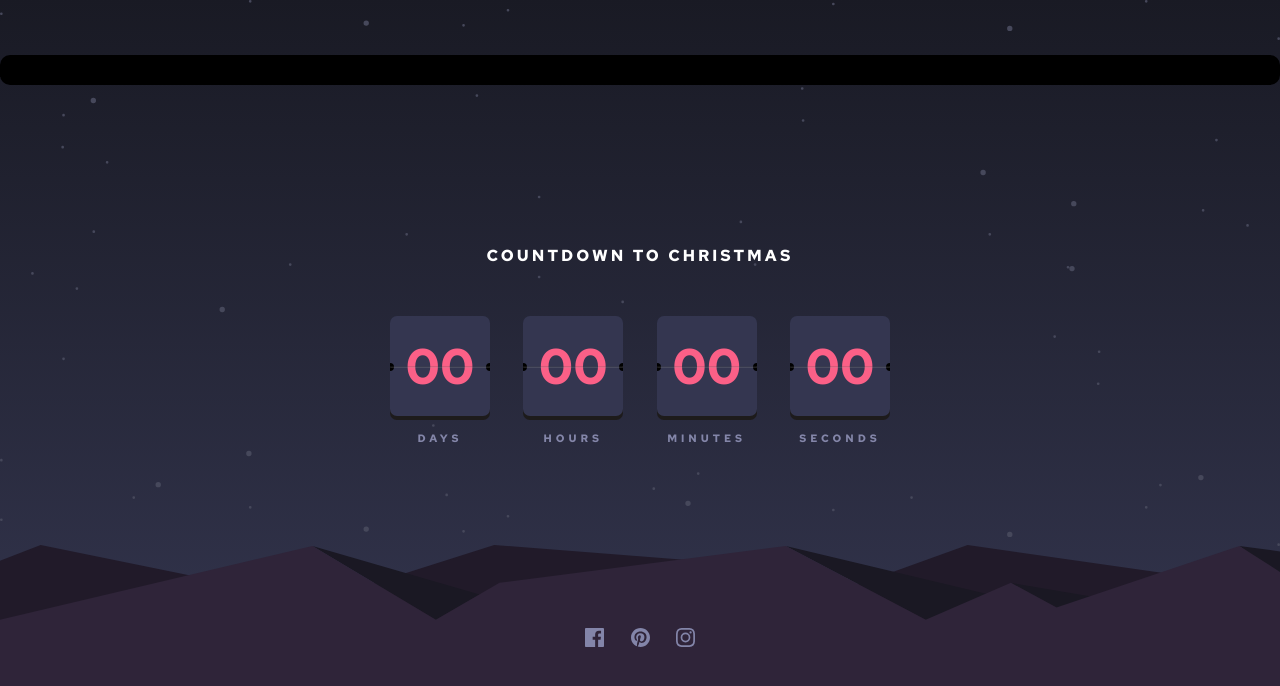
Repository: Eugene44-hub/countdown
Page: index.html
The author's editor kept a copy of each file at every save. The page is drawn from the files as they stood at one save, then again after the next save.
The browser window is 1280 px wide. The pictures show the whole page.

Above is the page before, as saved 2021-09-13 02:37:27.

### index.html
<!DOCTYPE html>
<html lang="en">

<head>
    <meta charset="UTF-8">
    <meta http-equiv="X-UA-Compatible" content="IE=edge">
    <meta name="viewport" content="width=device-width, initial-scale=1.0">
    <title>Document</title>
    <link rel="stylesheet" href="style.css">
</head>

<body>
    <div class="container">
        <div class="box col10">
            <div class="circle"></div>
        </div>

        <div class="timer">
            <h4 class="col10">countdown to christmas</h4>
            <div>
                <div class="card">
                    <div class="circle"></div>
                    <div class="circle circle2"></div>
                    <p id="days">00</p>
                    <hr>
                </div>
                <h6>days</h6>
            </div>
            <div>
                <div class="card">
                    <div class="circle"></div>
                    <div class="circle circle2"></div>
                    <p id="hours">00</p>
                    <hr>
                </div>
                <h6>hours</h6>
            </div>
            <div>
                <div class="card">
                    <div class="circle"></div>
                    <div class="circle circle2"></div>
                    <p id="minutes">00</p>
                    <hr>
                </div>
                <h6>minutes</h6>
            </div>
            <div>
                <div class="card">
                    <div class="circle"></div>
                    <div class="circle circle2"></div>
                    <p id="seconds">00</p>
                    <hr>
                </div>
                <h6>seconds</h6>
            </div>

        </div>
        <footer>
            <div class="social-media" id="facebook">
                <a href=""><img src="images/icon-facebook.svg"></a>
            </div>
            <div class="social-media" id="pinterest">
                <a href="">
                    <img src="images/icon-pinterest.svg">
                </a>
            </div>
            <div class="social-media" id="instagram">
                <a href="">
                    <img src="images/icon-instagram.svg">
                </a>
            </div>



        </footer>
    </div>

    <script src="app.js"></script>

</body>

</html>

</html>

### style.css
    @import url('https://fonts.googleapis.com/css2?family=Red+Hat+Text:wght@700&display=swap');
    * {
        padding: 0;
        margin: 0;
        box-sizing: border-box;
    }

    body {
        /* background-color: hsl(235, 16%, 14%); */
        /* background-color: hsl(234, 17%, 12%); */
        background-image: url('images/pattern-hills.svg'), url('images/bg-stars.svg'), linear-gradient( hsl(235, 18%, 12%), hsl(236, 21%, 26%));
        background-position: bottom, top;
        background-repeat: no-repeat, repeat;
        background-size: contain;
        background-attachment: fixed;
        font-family: 'Red Hat Text';
    }

    .container {
        display: flex;
        width: 100%;
        height: 500px;
        flex-wrap: wrap;
        text-align: center;
    }

    .col10 {
        flex: 100%;
        margin: auto;
    }

    h4 {
        color: white;
        padding: 50px;
        text-transform: uppercase;
        letter-spacing: 3px;
    }

    h6 {
        color: white;
        text-transform: uppercase;
        margin-top: 15px;
        color: hsl(237, 18%, 59%);
        letter-spacing: 4px;
    }

    .timer {
        margin: auto;
        display: flex;
        flex-wrap: wrap;
        justify-content: space-between;
        max-width: 500px;
    }

    .card {
        background-color: hsl(236, 21%, 26%);
        width: 100px;
        height: 100px;
        position: relative;
        overflow: hidden;
        box-shadow: 0px 4px rgb(29, 27, 27);
        border-radius: 7px;
        display: flex;
    }

    p {
        font-size: 50px;
        color: hsl(345, 95%, 68%);
        margin: auto;
    }

    .circle {
        border-width: 4px;
        border-radius: 50%;
        border-color: black;
        border-style: solid;
        height: 1px;
        position: absolute;
        left: -4px;
        top: 47%;
    }

    .circle2 {
        left: 96px;
    }

    hr {
        position: absolute;
        width: 100%;
        top: 50%;
        left: 0%;
        border-color: rgb(158, 158, 158);
        opacity: 0.2;
    }

    footer {
        display: flex;
        justify-content: space-between;
        flex: 100%;
        max-width: 130px;
        position: absolute;
        bottom: 5%;
        left: 50%;
        transform: translate(-50%, -50%);
    }

    img {
        width: 100%
    }

    .social-media {
        width: 30%;
        padding: 10px;
    }

    img:hover {
        background-color: hsl(345, 95%, 68%);
    }

    .box {
        background-color: black;
        height: 30px;
        width: 100px;
        position: relative;
        transition: all 0.5s;
        border-radius: 10px;
    }

    @media screen and (max-width: 720px) {
        .timer {
            max-width: 100%;
            padding: 2px;
        }
        body {
            background-image: url('images/snow-clipart-620123-ields-covered-with-snow-under-a-b-Stock-Vector.jpg');
            background-size: auto;
        }
    }
    /* timer color  hsl(345, 95%, 68%)
timer card color hsl(237, 18%, 59%)
* /

### app.js
setInterval(e => {
    const days = document.querySelector('#days');
    const hours = document.querySelector('#hours');
    const minutes = document.querySelector('#minutes');
    const seconds = document.querySelector('#seconds');
    //Actual values
    const proposed = new Date('2021-12-25');
    const current = new Date();

    const proArr = [proposed.getHours(), proposed.getMinutes(), proposed.getSeconds(), proposed.getDay(), proposed.getMonth()];
    let daysTo, hoursTo, minutesTo, secondsTo;

    daysTo = (((proArr.at(-1) * 31) - 7) + proposed.getDate()) - (((current.getMonth() * 31) - 5) + current.getDate());
    hoursTo = (24 - current.getHours());
    minutesTo = (60 - current.getMinutes());
    secondsTo = (60 - current.getSeconds());

    days.textContent = daysTo;
    hours.textContent = hoursTo;
    minutes.textContent = minutesTo;
    seconds.textContent = secondsTo;
}, Infinity)









//calculation starts
// console.log((((proArr.at(-1) * 31) - 7) + proposed.getDate()) - (((current.getMonth() * 31) - 5) + current.getDate()) + 'days to christmas');
// console.log('hours:' + (24 - current.getHours()));
// console.log('minutes:' + (60 - current.getMinutes()));
// console.log('seconds:' + (60 - current.getSeconds()));
//claculations end


// console.log('proposed days:' + (((proArr.at(-1) * 31) - 7) + proposed.getDate()));
// console.log('current days:' + (((current.getMonth() * 31) - 5) + current.getDate()));
//test
// let cal = proposed. - current;
// console.log(proposed);
// console.log(current.getDate());
// console.log(proArr.at(-1) + 1);
// let another = new Date(cal);
// console.log(another)
//359-253 propsed day - current day(mth*31-7) for september minus 6

After the next save:
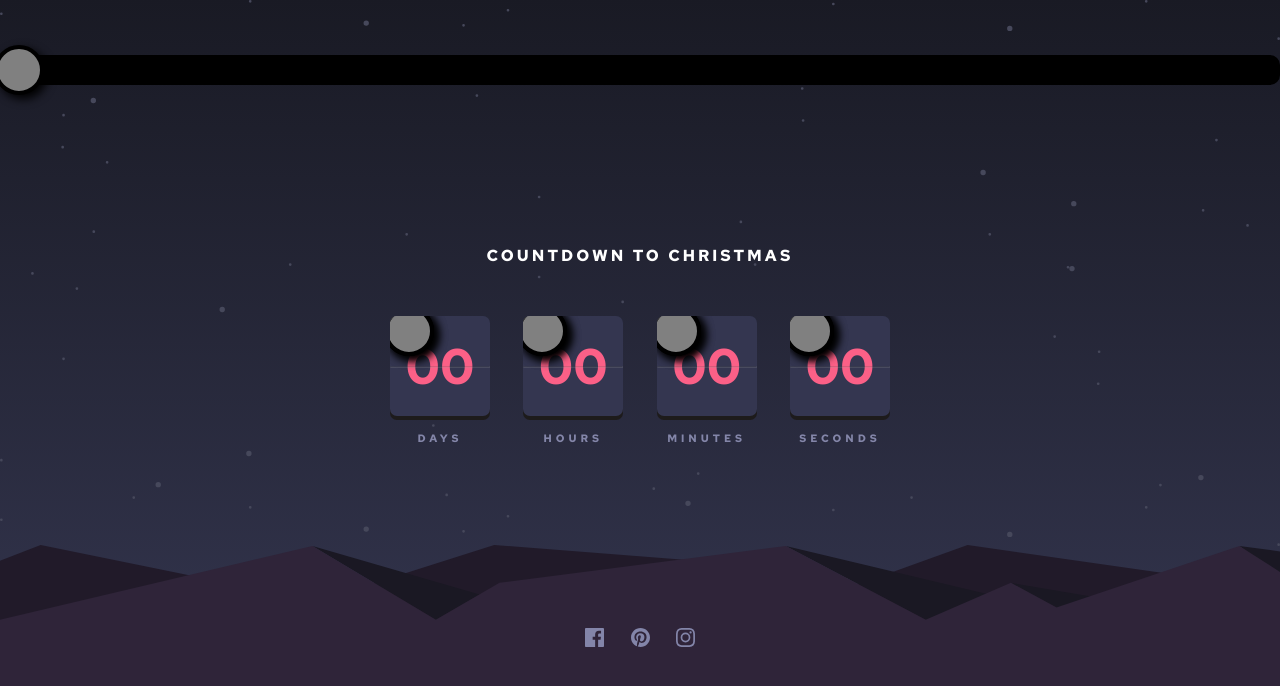
Saved 11 s later.
--- a/style.css
+++ b/style.css
@@ -126,6 +126,18 @@
         border-radius: 10px;
     }
 
+    .circle {
+        top: -10px;
+        background-color: grey;
+        height: 50px;
+        width: 50px;
+        box-shadow: 4px 4px 10px black;
+        border-radius: 50%;
+        position: absolute;
+        left: -6px;
+        transition: all 0.5s;
+    }
+
     @media screen and (max-width: 720px) {
         .timer {
             max-width: 100%;

After the 2 saves that followed:
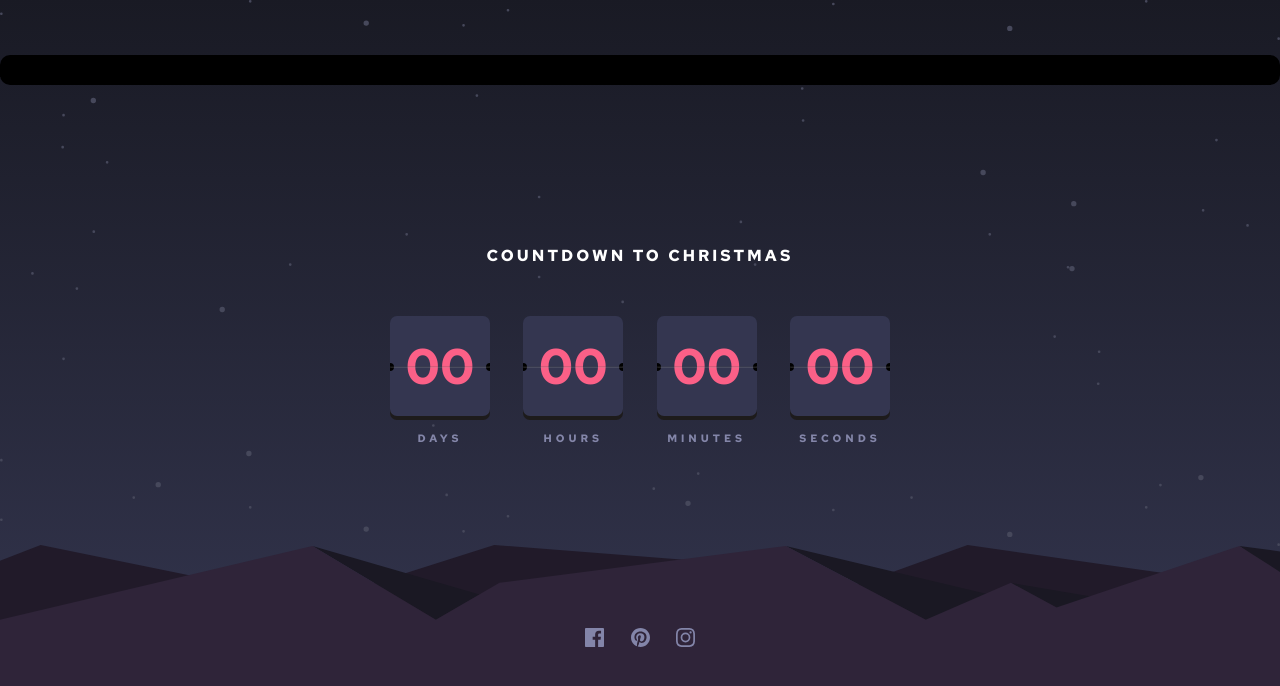
The 2 saves are shown as one change because they came seconds apart.
The last was saved 39 s later.
--- a/style.css
+++ b/style.css
@@ -126,7 +126,7 @@
         border-radius: 10px;
     }
 
-    .circle {
+    .toggle {
         top: -10px;
         background-color: grey;
         height: 50px;
